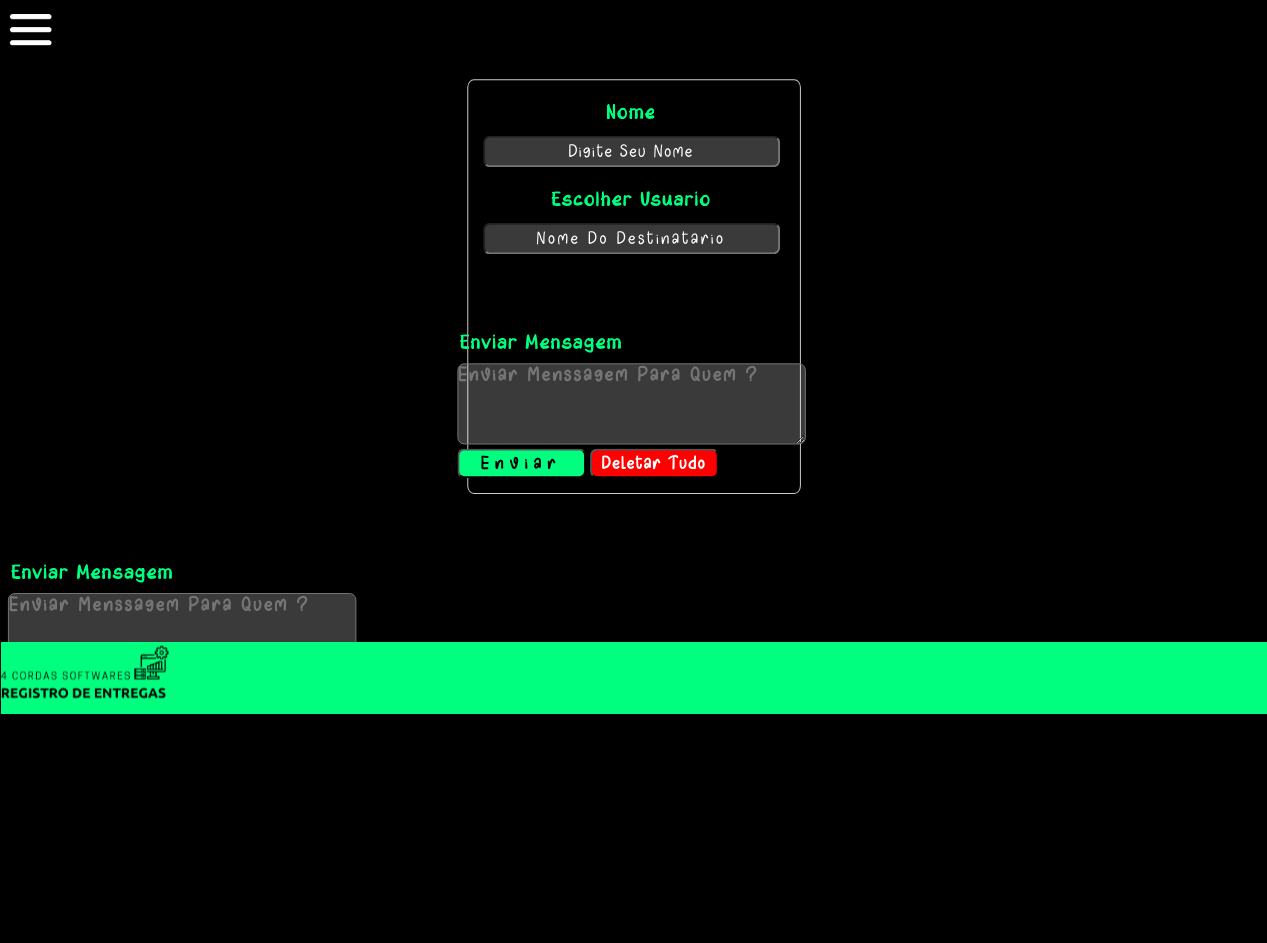
Repository: alfredo-allan/relatorioentregas
Page: pages/chatapp.html
These files come from the project's save history. The page is drawn as it stood at one moment and after a run of saves; the edit follows.
The browser window is 1280 px wide. The pictures show the whole page, at 99% of full size.
The page's requests for data from a server got no answer.

Above is the page before, as saved 2024-05-16 22:15:59.
Console error: TypeError: Cannot read properties of null (reading 'addEventListener')

### pages/chatapp.html
<!DOCTYPE html>
<html lang="pt-BR">
  <head>
    <meta charset="UTF-8" />
    <meta name="viewport" content="width=device-width, initial-scale=1.0" />
    <link rel="stylesheet" href="../style/mediaqueries.css" />
    <link rel="stylesheet" href="../style/styles.css" />
    <style>
      @media screen and (min-width: 800px) and (max-width: 2050px) {
        footer img {
          width: 170px;
          height: 60px;
        }
        /* Outros estilos específicos para resoluções entre 1900px e 3090px */
      }
      * {
        padding: 0;
      }

      footer {
        position: fixed;
        bottom: 0;
        width: 100%;
        background-color: #00ff7f;
        margin: 0;
        padding: 0;
        margin-left: -7px;
      }
      @media screen and (min-width: 300px) and (max-width: 600px) {
        footer {
          height: 6vh;
        }
      }

      @media screen and (min-width: 800px) and (max-width: 2050px) {
        #menu-options img {
          width: 206px;
          position: relative;
          margin: 13px;
          margin-top: -44px;
          border-bottom: 1px solid black; /* Adiciona uma linha preta na parte inferior da imagem */
        }
        #menu-options {
          width: 25%;
          height: 54vh;
        }
        footer {
          position: fixed;
          bottom: 0;
          width: 100%;
          background-color: #00ff7f;
          margin: 0;
          padding: 0;
          margin-left: -7px;
        }
      }
    </style>
    <link rel="icon" type="image/x-icon" href="../favicon.ico" />
    <title>ChatApp</title>
  </head>
  <body>
    <header id="ChatApp">
      <img id="menu-icon" src="../img/barra-de-menu.png" alt="" />
      <div id="menu-options">
        <ul>
          <span
            id="close-icon"
            style="
              color: black;
              position: absolute;
              line-height: 0;
              font-size: 30px;
              margin-top: -20px;
              cursor: pointer;
            "
            >X</span
          >
          <img src="../img/4 cordassof.png" alt="" />
          <br />
          <a href="../index.html"><li>Home</li></a>
          <a href="../cdsentregas.html"><li>Registrar Entrega</li></a>
          <a href="../pages/apagar.html"><li>Apagar Entrega</li></a>
          <a href="../pages/consultar.html"><li>Consultar Entregas</li></a>
          <a href="../pages/registrar.html"><li>Registar-Se</li></a>
          <a href="../pages/sobre.html"><li>Sobre a 4cordas</li></a>
          <a href="../pages/instrucao.html"><li>Ajuda</li></a>
        </ul>
      </div>
      <!-- <h1 id="textchat">Chat Entregas</h1> -->
      <!-- <img id="imgchat" src="../img/bater-papo.png" alt="" /> -->
    </header>
    <div id="myModal" class="modal">
      <div class="modal-content">
        <span class="close">&times;</span>
        <p>Mensagem Enviada Com Sucesso!</p>
      </div>
    </div>
    <div id="form">
      <div id="consulta" class="column">
        <span>Nome</span>
        <input id="nomeusuario" type="text" placeholder="Digite Seu Nome" />
        <span>Escolher Usuário</span>
        <input placeholder="Nome Do Destinátario" id="lstUsu" type="text" />
        <div id="msgEnviar">
      <span>Enviar Mensagem</span> <br />
      <textarea
        placeholder="Enviar Menssagem Para Quem ?"
        id="enviarMsg"
        type="text"
      ></textarea>
        <div id="btns">
          <button id="enviarmsg">Enviar</button>
          <button id="delMsg">Deletar Tudo</button>
        </div>
      </div>
    </div>
    <div id="msgEnviar">
      <span>Enviar Mensagem</span> <br />
      <textarea
        placeholder="Enviar Menssagem Para Quem ?"
        id="enviarMsg"
        type="text"
      ></textarea>

      <!-- <img id="imgEnviarmsg" src="../img/enviar-mensagem.png" alt="" /> -->
    </div>
    <footer>
      <img src="../img/4 cordassof.png" alt="" />
    </footer>
    <script>
      const inputNomeUsuario = document.getElementById("nomeusuario");

      inputNomeUsuario.addEventListener("input", () => {
        const nomeUsuario = inputNomeUsuario.value;

        fetch(`http://192.168.10.20:8033/usuarios/${nomeUsuario}`)
          .then((response) => {
            if (response.ok) {
              return response.json();
            } else {
              throw new Error("Usuário não encontrado");
            }
          })
          .then((data) => {
            console.log("Usuário encontrado:", data);
          })
          .catch((error) => {
            console.error("Erro:", error);
          });
      });
    </script>

    // Adicione este script abaixo do botão 'Selecionar' no seu HTML

    <script>
      const buttonSelecionar = document.getElementById("ctsUsu");

      buttonSelecionar.addEventListener("click", () => {
        const nomeUsuario = document.getElementById("lstUsu").value;

        fetch(`http://192.168.10.20:8033/usuarios/${nomeUsuario}`)
          .then((response) => {
            if (response.ok) {
              return response.json();
            } else {
              throw new Error("Usuário não encontrado");
            }
          })
          .then((data) => {
            console.log("Destinatário encontrado:", data);
          })
          .catch((error) => {
            console.error("Erro:", error);
          });
      });
    </script>

    // Adicione este script abaixo do botão 'Enviar' no seu HTML

    <script>
      const buttonEnviar = document.getElementById("enviarmsg");

      buttonEnviar.addEventListener("click", () => {
        const sender = document.getElementById("nomeusuario").value;
        const recipient = document.getElementById("lstUsu").value;
        const message = document.getElementById("enviarMsg").value;

        fetch("http://192.168.10.20:8033/enviar-mensagem", {
          method: "POST",
          headers: {
            "Content-Type": "application/json",
          },
          body: JSON.stringify({
            sender_username: sender,
            recipient_username: recipient,
            message: message,
          }),
        })
          .then((response) => {
            if (response.ok) {
              console.log("Mensagem enviada com sucesso");
            } else {
              throw new Error("Erro ao enviar mensagem");
            }
          })
          .catch((error) => {
            console.error("Erro:", error);
          });
      });
    </script>
    <script>
      let isTyping = false;

      // Função para verificar se o usuário está digitando
      function checkTyping() {
        const inputField = document.getElementById("enviarMsg");
        inputField.addEventListener("input", () => {
          isTyping = inputField.value.length > 0;
        });
      }

      function monitorNewMessages() {
        const nomeUsuario = document.getElementById("nomeusuario").value;

        // Lógica para buscar novas mensagens do servidor e inserir no campo msgEnviar
        fetch(`http://192.168.10.20:8033/mensagens/${nomeUsuario}`)
          .then((response) => {
            if (response.ok) {
              return response.json();
            } else {
              throw new Error("Erro ao buscar novas mensagens");
            }
          })
          .then((data) => {
            const messages = data; // Não precisamos acessar data.messages, pois a resposta do servidor já é uma lista de mensagens
            const msgEnviar = document.getElementById("msgEnviar");
            msgEnviar.innerHTML = ""; // Limpar mensagens antigas antes de adicionar as novas

            messages.forEach((message) => {
              const p = document.createElement("p");
              p.textContent = message.message; // A mensagem está no campo "message" do objeto de mensagem
              msgEnviar.appendChild(p);
            });
          })
          .catch((error) => {
            console.error("Erro ao buscar novas mensagens:", error);
          });
      }

      document.addEventListener("DOMContentLoaded", () => {
        monitorNewMessages();
      });

      // Adicionar esta função para limpar o campo de entrada após o envio de mensagem
      function limparCampoDeMensagem() {
        document.getElementById("enviarMsg").value = "";
      }
    </script>
    <script src="../script.js"></script>
  </body>
</html>

### style/mediaqueries.css
@media screen and (min-width: 300px) and (max-width: 600px) {
  footer {
    bottom: 0;
    img {
      display: none;
    }
    /* Outros estilos específicos para resoluções entre 1900px e 3090px */
  }

  @media screen and (min-width: 800px) and (max-width: 2050px) {
    footer img {
      width: 170px;
      height: 60px;
    }
  }
}

  @media screen and (min-width: 800px) and (max-width: 2050px) {
    #close-icon {
      margin-left: 250px;
    }
  }


@media screen and (min-width: 300px) and (max-width: 600px) {
  footer {
    height: 6vh;
    margin: 0;
    padding: 0;
    margin-top: 174px;
    position: absolute;
    width: 100%;
    margin-left: -7px;
  }
  #menu-options img {
    margin-top: -40px;
    border-bottom: 1px solid black; /* Adiciona uma linha preta na parte inferior da imagem */
    width: 210px;
  }
  #close-icon {
    margin-left: 224px;
  }
}

### style/styles.css
:root {
  --las-americas: "Las-americas", sans-serif;
  --gribble-font: "Gribble";
  --helootwuins-font: "HelooTwuins";
  --verde--color: #00ff7f;
}

body {
  background-color: black;
}

@font-face {
  font-family: "Las-americas";
  src: url("../fonts/las_americas/LasAmericas_PERSONAL_USE_ONLY.otf")
    format("truetype");
  /* Adicione mais formatos (e.g. woff, woff2) conforme necessário */
}

@font-face {
  font-family: "Gribble";
  src: url("../fonts/gribble/Gribble.ttf") format("truetype");
  /* Adicione mais formatos (e.g. woff, woff2) conforme necessário */
}

@font-face {
  font-family: "HelooTwuins";
  src: url("../fonts/hello_twins/HelloTwinsDEMO.otf") format("truetype");
  /* Adicione mais formatos (e.g. woff, woff2) conforme necessário */
}

header {
  img {
    width: 42px;
    margin-right: 14px;
    text-wrap: nowrap;
  }
}

footer {
  width: 100%;
  height: 10vh;
  background-color: #00ff7f;
  margin: 0;
  padding: 0;
}

img #menu-icon {
  margin-right: 20px;
  margin-left: -1%;
}

#text-top {
  text-align: center;
  font-family: var(--las-americas);
  color: white;
  letter-spacing: 1.2px;
  margin-top: 30px;
  font-size: 40px;
}

#delivery {
  color: red;
  font-family: var(--gribble-font);
  letter-spacing: 3px;
  font-size: 25px;
  font-weight: 900;
  color: var(--verde--color);
}

.column {
  display: flex;
  flex-direction: column;
  align-items: center;
  padding: 10px 20px 15px 15px;
  border: 1px solid #ccc;
  border-radius: 2%;
  width: 300px;
  margin: 0 auto;
  margin-top: -100px;
}

#form {
  border-radius: 2%;
  margin-top: 110px;
  margin-bottom: 250px;
  span {
    color: #00ff7f;
    font-family: var(--gribble-font);
    font-size: 20px;
    letter-spacing: 2px;
    font-weight: 600;
  }
}

input {
  text-align: center;
  margin-bottom: 5px;
  padding: 5px;
  width: 100%;
  box-sizing: border-box;
  font-weight: 600;
  margin-bottom: 10px;
  background-color: rgba(255, 255, 255, 0.226);
  color: white;
  font-family: var(--helootwuins-font);
  letter-spacing: 2px;
  font-size: 18px;
  border-radius: 7px;
}

input::placeholder {
  text-align: center;
  color: white;
  font-family: var(--helootwuins-font);
  font-weight: 400;
  font-size: 18px;
}

button {
  width: 130px;
  height: 30px;
  border-radius: 2%;
  background-color: var(--verde--color);
  font-family: var(--helootwuins-font);
  font-size: 18px;
  letter-spacing: 7px;
  font-weight: 900;
  border-radius: 7px;
}

#confirmButton {
  margin-left: 8px;
  margin-right: 20px;
}

#menu-icon {
  cursor: pointer;
  margin: 15px;
  margin-left: 2px;
  margin-top: 1px;
}

#menu-options {
  text-wrap: nowrap;
  display: none;
  position: absolute;
  top: 0;
  left: 0;
  margin-top: 0px;
  width: 70%;
  height: 70vh;
  background-color: #00ff7f;
  color: white;
  font-family: var(--gribble-font);
  font-weight: 900;
  border-bottom-right-radius: 10%;
  color: black;
  letter-spacing: 2px;
  z-index: 999;
  li {
    margin-top: 3px;
  }
}

a {
  text-decoration: none; /* Remove o sublinhado */
  color: black;
}

#menu-options ul {
  list-style: none;
  padding: 0;
  margin-left: 10px;
  font-size: 20px;
  margin-top: 40px;
}

#menu-options ul li {
  padding: 10px;
  /* margin: 10px; */
  text-wrap: nowrap;
  /* border-bottom: 1px solid white; */
}

#modal {
  background: black;
  text-align: center;
}

.modal {
  display: none; /* Escondido por padrão */
  position: fixed;
  z-index: 1;
  left: 0;
  top: 0;
  width: 100%;
  height: 100%;
  overflow: auto;
  background-color: rgba(0, 0, 0, 0.4);
}

.modal-content {
  background-color: #fefefe;
  margin: 15% auto;
  padding: 20px;
  border: 2px solid #888;
  width: 80%;
  border-radius: 10px;
  background-color: black;
  p {
    margin-top: 30px;
    text-align: left;
    text-wrap: nowrap;
    font-family: var(--gribble-font);
    letter-spacing: 3px;
    font-weight: 600;
    font-size: 20px;
    color: var(--verde--color);
  }
}

.close {
  color: #aaa;
  float: right;
  font-size: 28px;
  font-weight: bold;
}

.close:hover,
.close:focus {
  color: black;
  text-decoration: none;
  cursor: pointer;
}

#data-list {
  margin: 0 auto;
  left: 50%;
  transform: translateX(-50%);
  margin: 0 auto;
  left: 50%;
  top: 60%;
  transform: translate(-50%, -50%);
  /* border: 1px solid var(--cor-azul); */
  color: var(--verde--color);
  border-radius: 5px;
  height: 340px;
  overflow-y: auto;
  position: absolute;
  z-index: -1;
  margin-top: 110px;
  margin-left: 0px;
  width: 336px;
  list-style: none;
  .name {
    font-family: var(--helootwuins-font);
    font-weight: 900;
    font-size: 20px;
    letter-spacing: 1px;
  }
  .item {
    font-family: var(--helootwuins-font);
    font-weight: 500;
    font-size: 20px;
    color: white;
    letter-spacing: 1px;
  }
}

#data-list {
  width: 340px;
  height: 180px;
  overflow: auto;
  /* border: 1px solid black; */
  /* scrollbar-color: var(--verde--color) var(--verde--color); */
}

#data-list img {
  width: 25px;
  margin-left: 15px;
  margin-right: 0px;
}

#data-list::-webkit-scrollbar {
  width: 10px; /* Largura da barra de rolagem */
}

#data-list::-webkit-scrollbar-thumb {
  background-color: white; /* Cor da barra de rolagem */
  border-radius: 5px; /* Raio de borda da barra de rolagem */
}

#texto-descritivo {
  text-align: justify;
  margin-top: 200px;
  position: fixed;
  font-family: var(--luthier-font);
  letter-spacing: 3px;
  line-height: 2;
  margin-right: 8px;
  font-weight: 900;
  color: var(--verde--color);
}

.name {
  font-family: var(--gribble-font);
  font-weight: 900;
  font-size: 17px;
}
.item {
  font-family: var(--helootwuins-font);
  font-weight: 500;
  font-size: 15;
  color: white;
}

#textchat {
  font-family: var(--las-americas);
  color: white;
  letter-spacing: 10px;
  margin-left: 10px;
  font-size: 40px;
  margin-top: 6px;
}

#imgchat {
  width: 60px;
  position: absolute;
  margin-left: 295px;
  margin-top: -60px;
}

#message {
  input {
    width: 220px;
  }
}

#login {
  width: 226px;
  margin-top: 50px;
  input {
    font-family: var(--gribble-font);
    letter-spacing: 3px;
  }
}

span {
  color: var(--verde--color);
  font-family: var(--gribble-font);
  font-size: 20px;
  padding: 3px;
  line-height: 2;
  letter-spacing: 3px;
  font-weight: 900;
}

#msgInput {
  width: 220px;
  height: 80px;
  background-color: rgba(255, 255, 255, 0.226);
  border-radius: 7px;
  font-family: var(--helootwuins-font);
  font-size: 17px;
  letter-spacing: 3px;
  color: var(--verde--color);
  font-weight: 600;
}

#enviarMsg {
  width: 350px;
  height: 80px;
  background-color: rgba(255, 255, 255, 0.226);
  border-radius: 7px;
  font-family: var(--helootwuins-font);
  font-size: 17px;
  letter-spacing: 3px;
  color: white;
  font-weight: 600;
}

#msgEnviar {
  margin-top: 60px;
}

#enviarMsg {
  letter-spacing: 3px;
  outline: none;
  font-size: 20px;
}

/* #enviarmsg {
  margin-top: 93px;
  position: absolute;
  margin-left: -330px;
} */

#delMsg {
  letter-spacing: 2px;
  background-color: red;
  color: white;
}

#imgEnviarmsg {
  width: 35px;
  margin-left: 11px;
  position: absolute;
}

#textRegister {
  font-family: var(--las-americas);
  color: white;
  letter-spacing: 3px;
  margin-top: 10px;
  text-align: center;
  letter-spacing: 3px;
}

/* #lstUsu {
  width: 226px;
  position: absolute;
  margin-top: -38px;
} */

input#lstUsu {
  font-family: var(--gribble-font);
  letter-spacing: 3px;
}

#ctsUsu {
  position: absolute;
  margin-left: 0px;
  margin-top: 0px;
  line-height: 1px;
}

#utlizador {
  position: fixed;
  width: 35px;
  margin-left: 13px;
}

#msgEntrada {
  width: 35px;
  position: absolute;
  margin-left: 13px;
}

#multiUsu {
  position: absolute;
  width: 35px;
  margin-left: 238px;
  margin-top: -34px;
  margin-top: -21px;
}

#close-icon {
  color: black;
  position: absolute;
  line-height: 0; font-size: 30px;
  margin-top: -20px; cursor: pointer;
}

### script.js
const menuIcon = document.getElementById("menu-icon");
const menuOptions = document.getElementById("menu-options");
const closeIcon = document.getElementById("close-icon");

menuIcon.addEventListener("click", function () {
  if (menuOptions.style.display === "none") {
    menuOptions.style.display = "block";
  } else {
    menuOptions.style.display = "none";
  }
});

closeIcon.addEventListener("click", function () {
  menuOptions.style.display = "none";
});

//input data pagina index e registro
document.getElementById("data-entrega").value = new Date()
  .toISOString()
  .slice(0, 10);
var currentDate = new Date().toISOString().slice(0, 10);
var formattedDate = currentDate.split("-").reverse().join("/");
document.getElementById("data-entrega").value = formattedDate;
document.getElementById("data-entrega").addEventListener("input", formatarData);

After the next 2 saves:
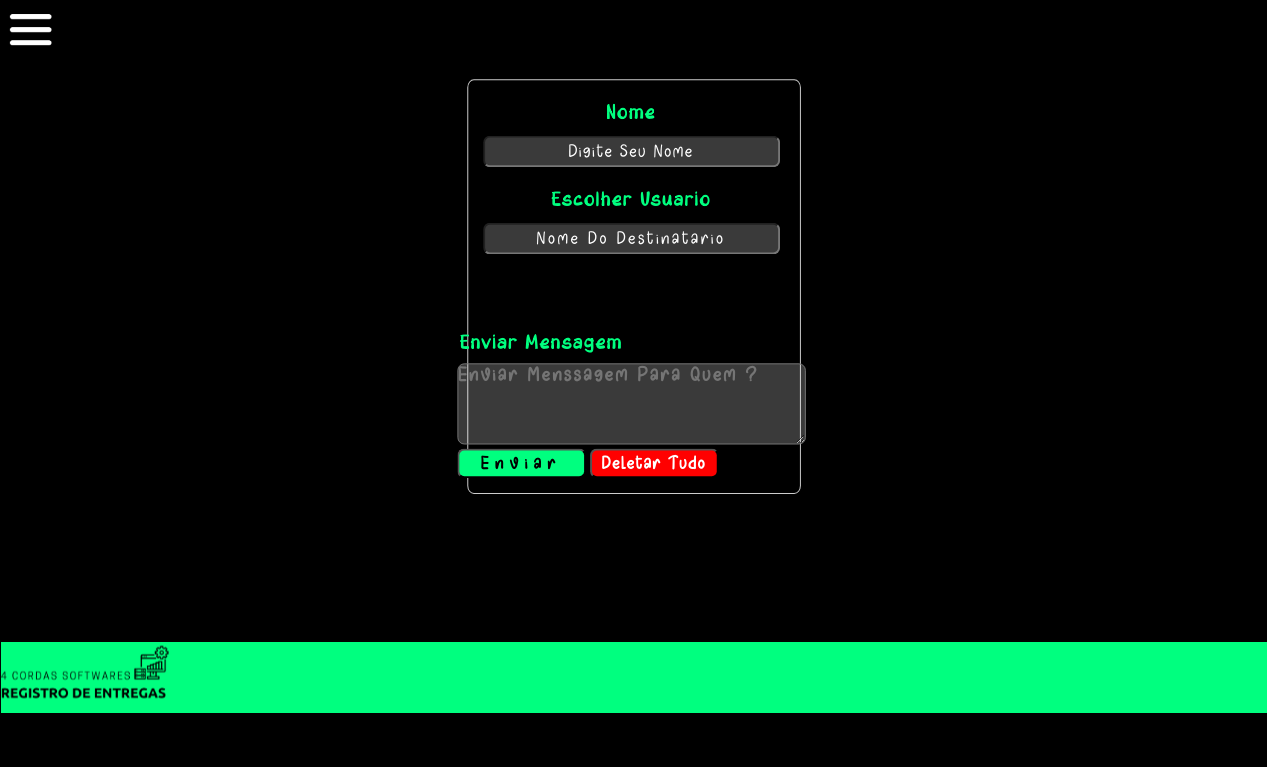
The 2 saves are shown as one change because they came seconds apart.
The last was saved 25 s later.
--- a/pages/chatapp.html
+++ b/pages/chatapp.html
@@ -114,14 +114,6 @@
         </div>
       </div>
     </div>
-    <div id="msgEnviar">
-      <span>Enviar Mensagem</span> <br />
-      <textarea
-        placeholder="Enviar Menssagem Para Quem ?"
-        id="enviarMsg"
-        type="text"
-      ></textarea>
-
       <!-- <img id="imgEnviarmsg" src="../img/enviar-mensagem.png" alt="" /> -->
     </div>
     <footer>
